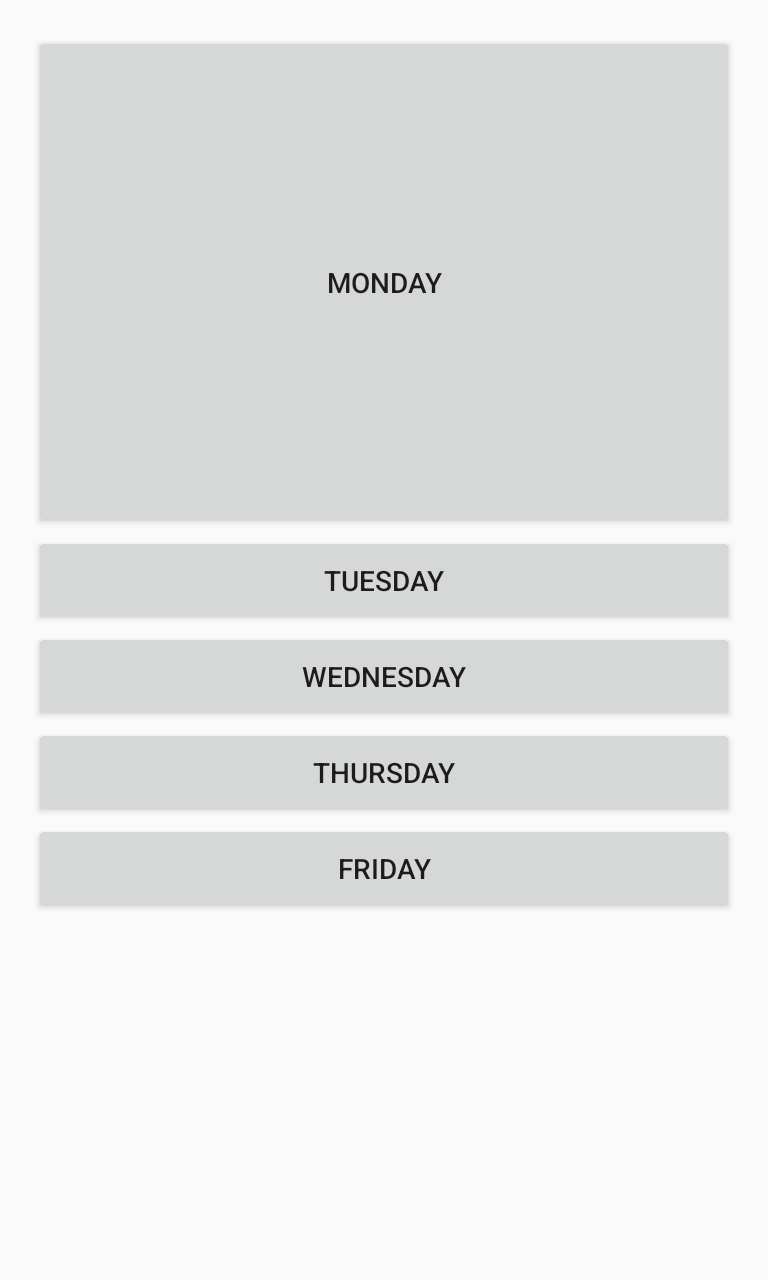
Repository: apoorvelec/AndroidApps
Layout: Gymdroid/res/layout/activity_main.xml
The author's editor kept a copy of each file at every save. The layout is drawn from the files as they stood at one save, then again after the next save.
It is drawn on a 768 x 1280 px phone screen (xhdpi) without system bars, with theme AppTheme; the app's code is not run.

Above is the layout before, as saved 2016-07-16 20:10:12.

After the next save:
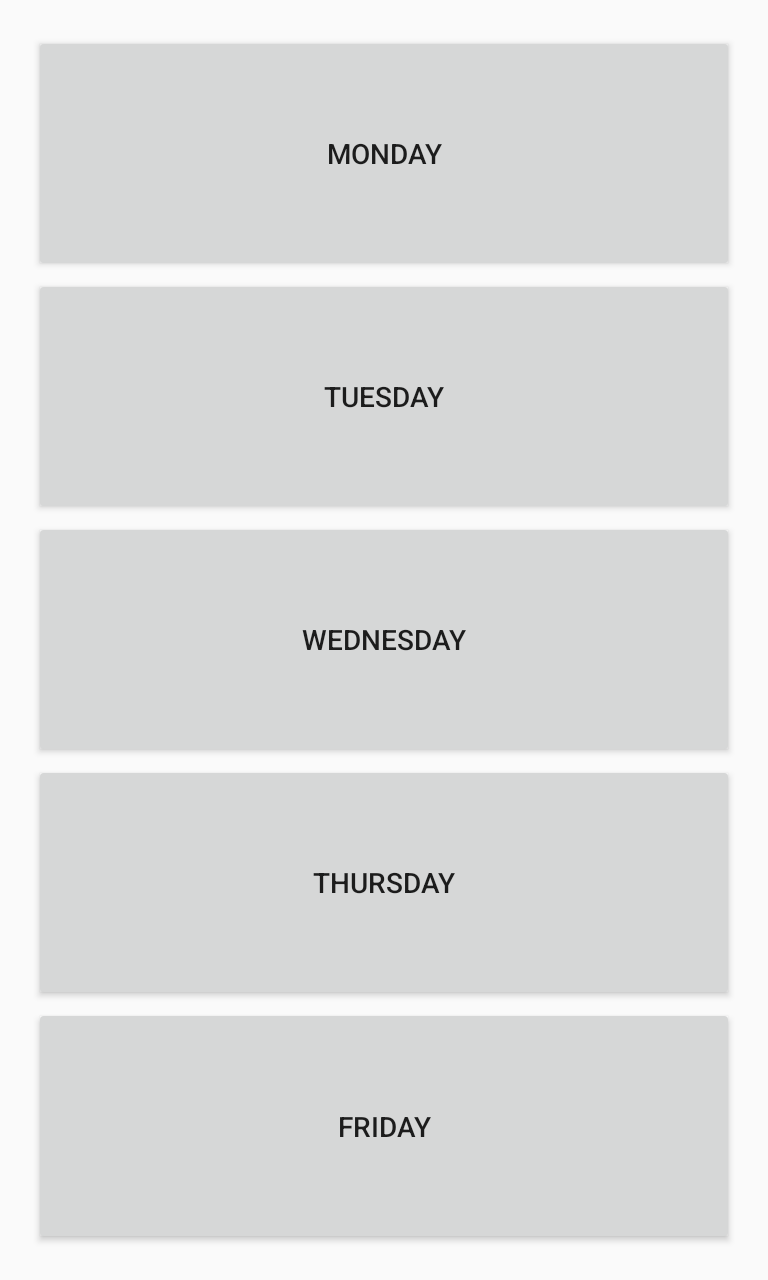
Saved 2 min 30 s later.
--- a/Gymdroid/res/layout/activity_main.xml
+++ b/Gymdroid/res/layout/activity_main.xml
@@ -12,31 +12,31 @@
     <Button
         android:id="@+id/Monday"
         android:layout_width="fill_parent"
-        android:layout_height="500px"
+        android:layout_weight="1"
         android:text="@string/monday_button"
         />
     <Button
         android:id="@+id/Tuesday"
         android:layout_width="fill_parent"
-        android:layout_height="wrap_content"
+        android:layout_weight="1"
         android:text="@string/tuesday_button"
         />
     <Button
         android:id="@+id/Wednesday"
         android:layout_width="fill_parent"
-        android:layout_height="wrap_content"
+        android:layout_weight="1"
         android:text="@string/wednesday_button"
         />
     <Button
         android:id="@+id/Thursday"
         android:layout_width="fill_parent"
-        android:layout_height="wrap_content"
+        android:layout_weight="1"
         android:text="@string/thursday_button"
         />
     <Button
         android:id="@+id/Friday"
         android:layout_width="fill_parent"
-        android:layout_height="wrap_content"
+        android:layout_weight="1"
         android:text="@string/friday_button"
         />
 
